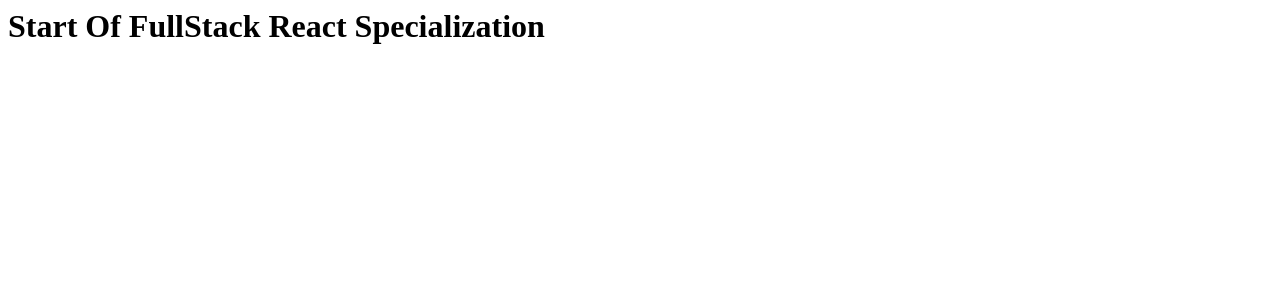
Repository: h-mactavish/fullStack-React-Course1
Page: index.html
The author's editor kept a copy of each file at every save. The page is drawn from the files as they stood at one save, then again after the next save.
The browser window is 1280 px wide. The pictures show the whole page.

Above is the page before, as saved 2022-04-22 15:52:03.

### index.html
<html>
	<head>
		<title>Full Stack React Specialization</title>
	</head>
	<body>
		<h1>Start Of FullStack React Specialization</h1>
	</body>
</html>

After the next save:
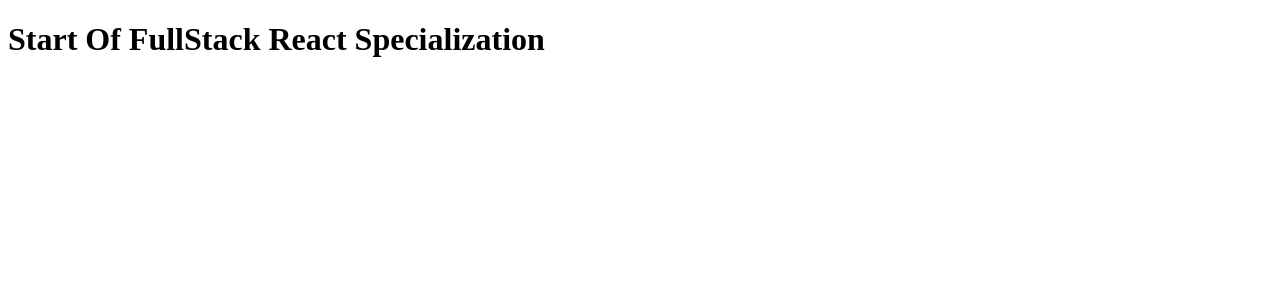
Saved 2 min 15 s later.
--- a/index.html
+++ b/index.html
@@ -1,8 +1,12 @@
+<!DOCTYPE html>
 <html>
-	<head>
-		<title>Full Stack React Specialization</title>
-	</head>
-	<body>
-		<h1>Start Of FullStack React Specialization</h1>
-	</body>
+
+<head>
+	<title>Full Stack React Specialization</title>
+</head>
+
+<body>
+	<h1>Start Of FullStack React Specialization</h1>
+</body>
+
 </html>
